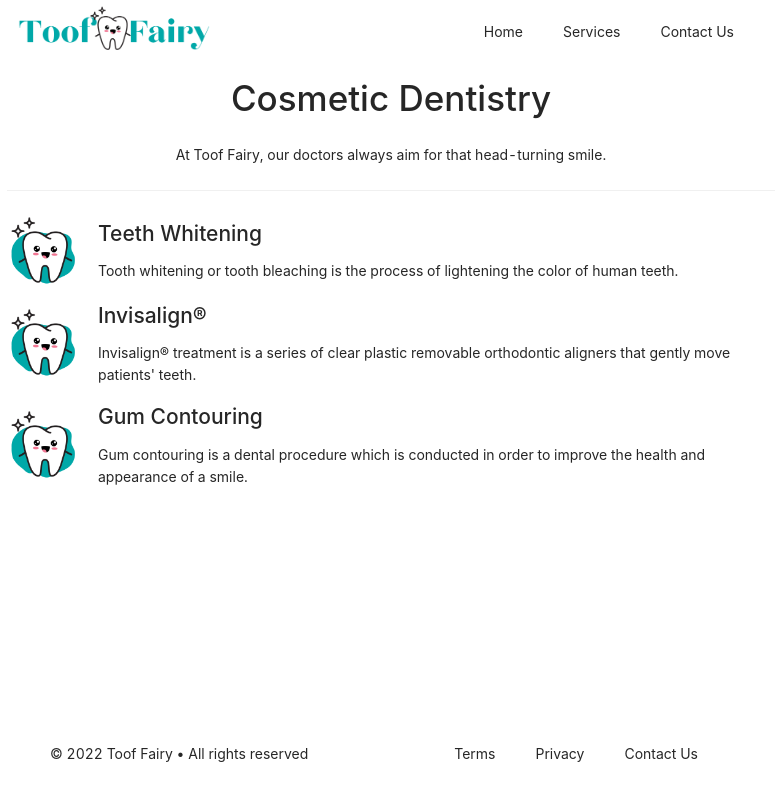
Repository: neldad1/dentist-app
Page: /cosmetic
The author's editor kept a copy of each file at every save. The page is drawn from the files as they stood at one save, then again after the next save.
The browser window is 768 px wide. The page is 775 px wide, so the pictures cover 775 px, including what lies to the right of the window. The pictures show the whole page.
The project was rebuilt for these pictures with package versions that can differ from the ones it lists, and the page was loaded fresh each time. Also part of the build but not shown: src/components/Home.jsx, src/components/Contact.jsx, src/components/Services/Restorative.jsx, src/components/Services/Preventative.jsx, src/components/Footer/Terms.jsx, src/components/Footer/Privacy.jsx.

Above is the page before, as saved 2022-03-10 14:36:40.

### public/index.html
<!DOCTYPE html>
<html lang="en">
  <head>
    <meta charset="utf-8" />
    <link rel="icon" href="%PUBLIC_URL%/favicon.svg" type="image/svg+xml">
    <meta name="viewport" content="width=device-width, initial-scale=1" />
    <meta name="theme-color" content="#000000" />
    <meta
      name="description"
      content="Web site created using create-react-app"
    />
    <link rel="apple-touch-icon" href="%PUBLIC_URL%/logo192.png" />
    <!--
      manifest.json provides metadata used when your web app is installed on a
      user's mobile device or desktop. See https://developers.google.com/web/fundamentals/web-app-manifest/
    -->
    <link rel="manifest" href="%PUBLIC_URL%/manifest.json" />
    <!--
      Notice the use of %PUBLIC_URL% in the tags above.
      It will be replaced with the URL of the `public` folder during the build.
      Only files inside the `public` folder can be referenced from the HTML.

      Unlike "/favicon.ico" or "favicon.ico", "%PUBLIC_URL%/favicon.ico" will
      work correctly both with client-side routing and a non-root public URL.
      Learn how to configure a non-root public URL by running `npm run build`.
    -->
    <title>React App</title>
  </head>
  <body>
    <noscript>You need to enable JavaScript to run this app.</noscript>
    <div id="root"></div>
    <!--
      This HTML file is a template.
      If you open it directly in the browser, you will see an empty page.

      You can add webfonts, meta tags, or analytics to this file.
      The build step will place the bundled scripts into the <body> tag.

      To begin the development, run `npm start` or `yarn start`.
      To create a production bundle, use `npm run build` or `yarn build`.
    -->
  </body>
</html>

### src/index.js
import React from 'react';
import ReactDOM from 'react-dom';
import './index.css';
import App from './App';
import reportWebVitals from './reportWebVitals';

ReactDOM.render(
  //<React.StrictMode>
  <App />,
  //</React.StrictMode>,
  document.getElementById('root')
);

// If you want to start measuring performance in your app, pass a function
// to log results (for example: reportWebVitals(console.log))
// or send to an analytics endpoint. Learn more: https://bit.ly/CRA-vitals
reportWebVitals();

### src/App.js
import { BrowserRouter } from 'react-router-dom';

import 'antd/dist/antd.min.css';
import './App.css';
import AppRoutes from './AppRoutes';
import { Layout } from 'antd';
import HeaderLogo from './components/Header/HeaderLogo';
import Navigation from './components/Header/Navigation';
import FooterMenu from './components/Footer/FooterMenu';
const { Header, Footer, Content } = Layout;

function App() {
  return (
    <BrowserRouter>
      <Layout className="layout">
        <Header className="header">
          <HeaderLogo />
          <Navigation />
        </Header>
        <Content>
          <AppRoutes />
        </Content>
        <Footer className="footer">
          <span>© 2022 Toof Fairy • All rights reserved </span>
          <FooterMenu />
        </Footer>
      </Layout>
    </BrowserRouter>
  );
}

export default App;

### src/App.css

h1 {
  font-size: 2.5em;
}

.layout {
  height: 100vh;
  width: 100vw;
  text-align: center;
  background: #fff;
}

.header {
  background: #fff;
  padding: 0 1em;
}

.menu {
  flex: 1;
  border: none;
  display: flex;
  align-items: center;
  justify-content: flex-end;
}

.logo {
  width: 200px;
  height: 50px;
  float: left;
  margin-top: 4px;
}

.footer {
  background: #fff;
  display: flex;
  align-items: center;
}

.intro-wrapper {
  text-align: center;
}

.home {
  width: 100%;
  height: 100%;
  margin: 2em 0;
  display: flex;
  justify-content: center;
  align-items: center;
  background-image: url('/public/tfBackground.jpg');
  background-size: cover;
  background-repeat: no-repeat;
}

.content-wrapper {
  width: 50%;
  font-family: 'Segoe UI', sans-serif;
  margin-left: 10em;
  color: whitesmoke;
  display: block;
}
.tagline1 {
  font-weight: bolder;
  font-size: 2em;
  margin: 0;
  line-height: 1;
}

.contact-form {
  text-align: left;
}

.main-content {
  height: 100%;
  width: 60%;
  overflow-y: scroll;
  display: block;
  margin: 2em auto;
}

.service-info {
  display: flex;
  text-align: left;
  margin-bottom: 1em;
  align-items: center;
}

.service-definition {
  margin-left: 1.5em;
}

@media screen and (max-width: 768px) {
  .main-content {
    width: 100%;
    margin: 0.5em;
  }
}

### src/AppRoutes.jsx
import { Route, Routes } from 'react-router-dom';
import Home from './components/Home';
import Contact from './components/Contact';
import Cosmetic from './components/Services/Cosmetic';
import Restorative from './components/Services/Restorative';
import Preventative from './components/Services/Preventative';
import Terms from './components/Footer/Terms';
import Privacy from './components/Footer/Privacy';

const AppRoutes = () => {
  return (
    <Routes>
      <Route exact path="/" element={<Home />} />
      <Route path="/cosmetic" element={<Cosmetic />} />
      <Route path="/restorative" element={<Restorative />} />
      <Route path="/preventative" element={<Preventative />} />
      <Route path="/contact" element={<Contact />} />
      <Route path="/terms" element={<Terms />} />
      <Route path="/privacy" element={<Privacy />} />
    </Routes>
  );
};

export default AppRoutes;

### src/components/Header/HeaderLogo.jsx
import { Link } from 'react-router-dom';

const HeaderLogo = () => {
  return (
    <Link to="/">
      <img className="logo" src={require('./tfLogo.png')} alt="TF" />
    </Link>
  );
};

export default HeaderLogo;

### src/components/Header/Navigation.jsx
import { Link } from 'react-router-dom';
import { Menu } from 'antd';
const { SubMenu } = Menu;

const Navigation = () => {
  return (
    <Menu mode="horizontal" className="menu">
      <Menu.Item key="home">
        <span>Home</span>
        <Link to="/" />
      </Menu.Item>
      <SubMenu key="subMenu" title="Services">
        <Menu.Item key="cosmetic">
          <span>Cosmetic</span>
          <Link to="/cosmetic" />
        </Menu.Item>
        <Menu.Item key="restore">
          <span>Restorative</span>
          <Link to="/restorative" />
        </Menu.Item>
        <Menu.Item key="prevent">
          <span>Preventative</span>
          <Link to="/preventative" />
        </Menu.Item>
      </SubMenu>
      <Menu.Item key="contact">
        <span>Contact Us</span>
        <Link to="/contact" />
      </Menu.Item>
    </Menu>
  );
};

export default Navigation;

### src/components/Footer/FooterMenu.js
import { Link } from 'react-router-dom';
import { Menu } from 'antd';

const FooterMenu = () => {
  return (
    <Menu mode="horizontal" className="menu">
      <Menu.Item key="terms">
        <span>Terms</span>
        <Link to="/terms" />
      </Menu.Item>
      <Menu.Item key="privacy">
        <span>Privacy</span>
        <Link to="/terms" />
      </Menu.Item>
      <Menu.Item key="contact">
        <span>Contact Us</span>
        <Link to="/contact" />
      </Menu.Item>
    </Menu>
  );
};

export default FooterMenu;

### src/components/Services/Cosmetic.jsx
import { Divider } from 'antd';
import ToofImg from './ToofImg';

const Cosmetic = () => {
  return (
    <div className="main-content">
      <div>
        <h1>Cosmetic Dentistry</h1>
        <p>
          At Toof Fairy, our doctors always aim for that head-turning smile.
        </p>
      </div>
      <Divider />
      <div className="service-info">
        <ToofImg />
        <div className="service-definition">
          <h2>Teeth Whitening</h2>
          <span>
            Tooth whitening or tooth bleaching is the process of lightening the
            color of human teeth.
          </span>
        </div>
      </div>
      <div className="service-info">
        <ToofImg />
        <div className="service-definition">
          <h2>Invisalign®</h2>
          <span>
            Invisalign® treatment is a series of clear plastic removable
            orthodontic aligners that gently move patients' teeth.{' '}
          </span>
        </div>
      </div>
      <div className="service-info">
        <ToofImg />
        <div className="service-definition">
          <h2>Gum Contouring</h2>
          <span>
            Gum contouring is a dental procedure which is conducted in order to
            improve the health and appearance of a smile.{' '}
          </span>
        </div>
      </div>
    </div>
  );
};

export default Cosmetic;

### src/components/Services/ToofImg.jsx
import { Image } from 'antd';

const ToofImg = () => {
  return (
    <div>
      <Image
        width={70}
        preview={false}
        src={require('./toof.png')}
        alt="toof"
      />
    </div>
  );
};

export default ToofImg;

Loaded but not shown: src/index.css (common file); src/reportWebVitals.js (common file)

After the next save:
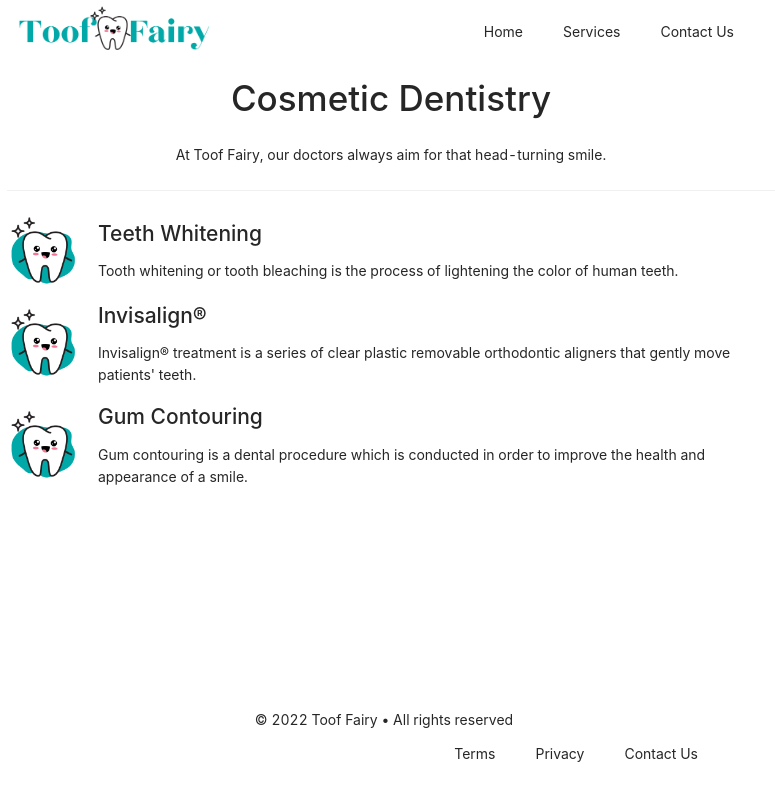
Saved 82 s later.
--- a/src/App.css
+++ b/src/App.css
@@ -94,4 +94,7 @@ h1 {
     width: 100%;
     margin: 0.5em;
   }
+  .footer {
+    display: block;
+  }
 }
